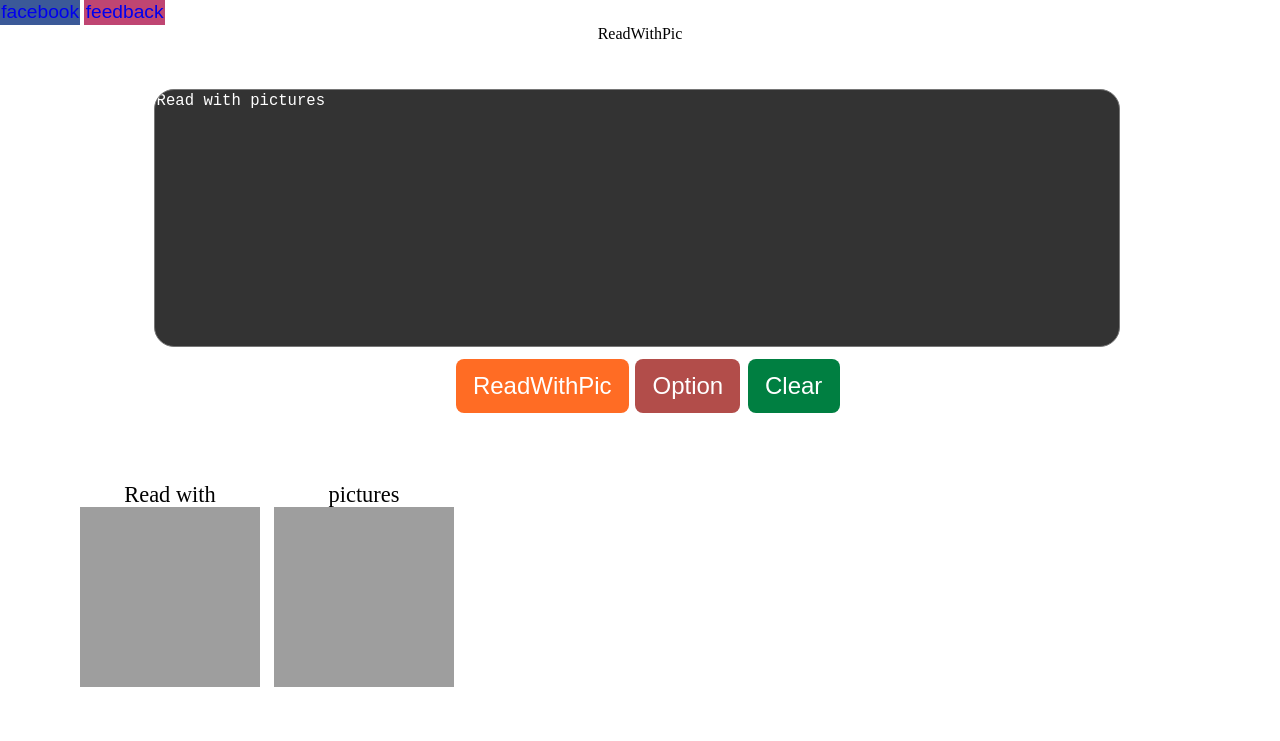
Repository: readwithpic/readwithpic.github.io
Page: index.html
The author's editor kept a record of every edit. The page is drawn from the files as they stood at one moment, then again after the next edit.
The browser window is 1280 px wide. The pictures show the whole page.
Pictures or frames that could not be fetched are drawn as grey boxes. Some web libraries are served in a nearby version.

Above is the page before.
Console error: TypeError: Cannot read properties of undefined (reading 'length')

After the next edit:
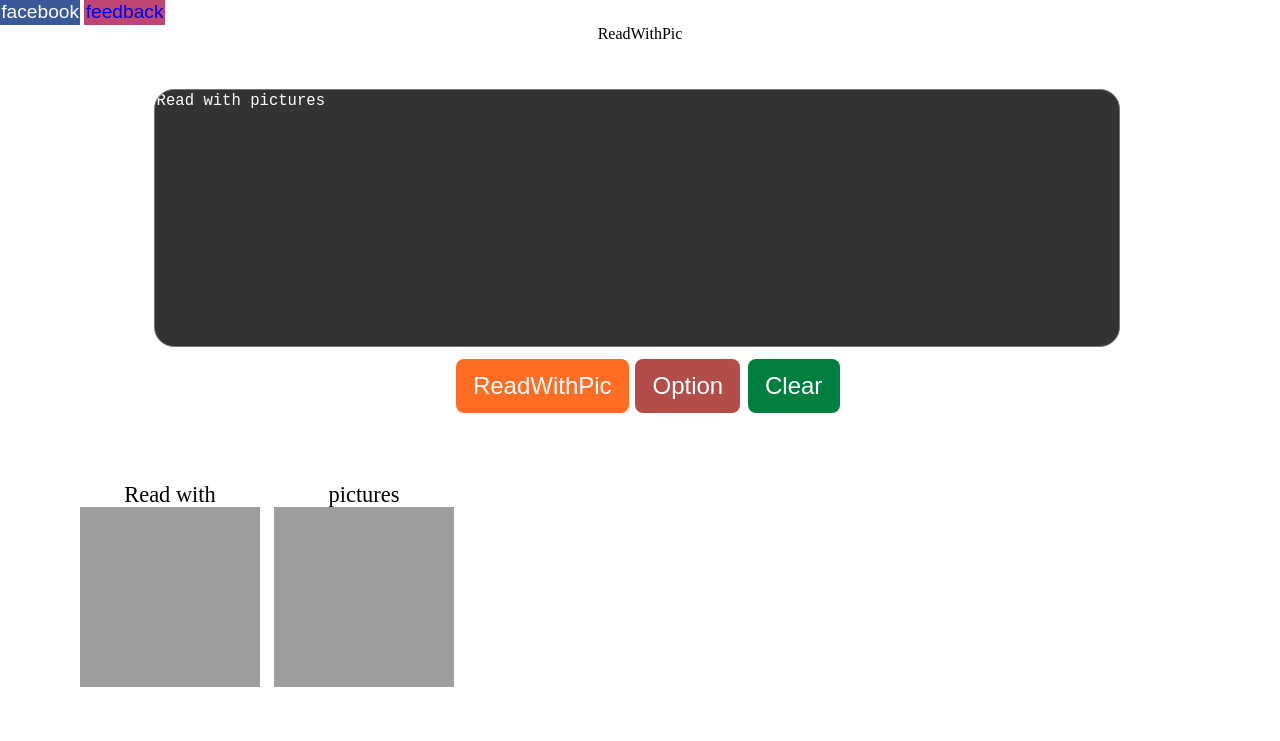
The edit:
--- a/index.html
+++ b/index.html
@@ -12,7 +12,7 @@
         <!-- <button type="button" id="feedback">Feedback</button>-->
         <!--Facebook Code-->
         <div class="social">
-            <button type="button" class="facebook" onclick="window.open('https://www.facebook.com/readwithpic','_blank')"><a href="#" class="bLink">facebook</a>
+            <button type="button" class="facebook" onclick="window.open('https://www.facebook.com/readwithpic','_blank')">facebook
             </button>
             <button type="button" class="feedback"  onclick="window.open('https://www.facebook.com/readwithpic','_blank')"><a href="#" class="bLink">feedback</a>
             </button>
